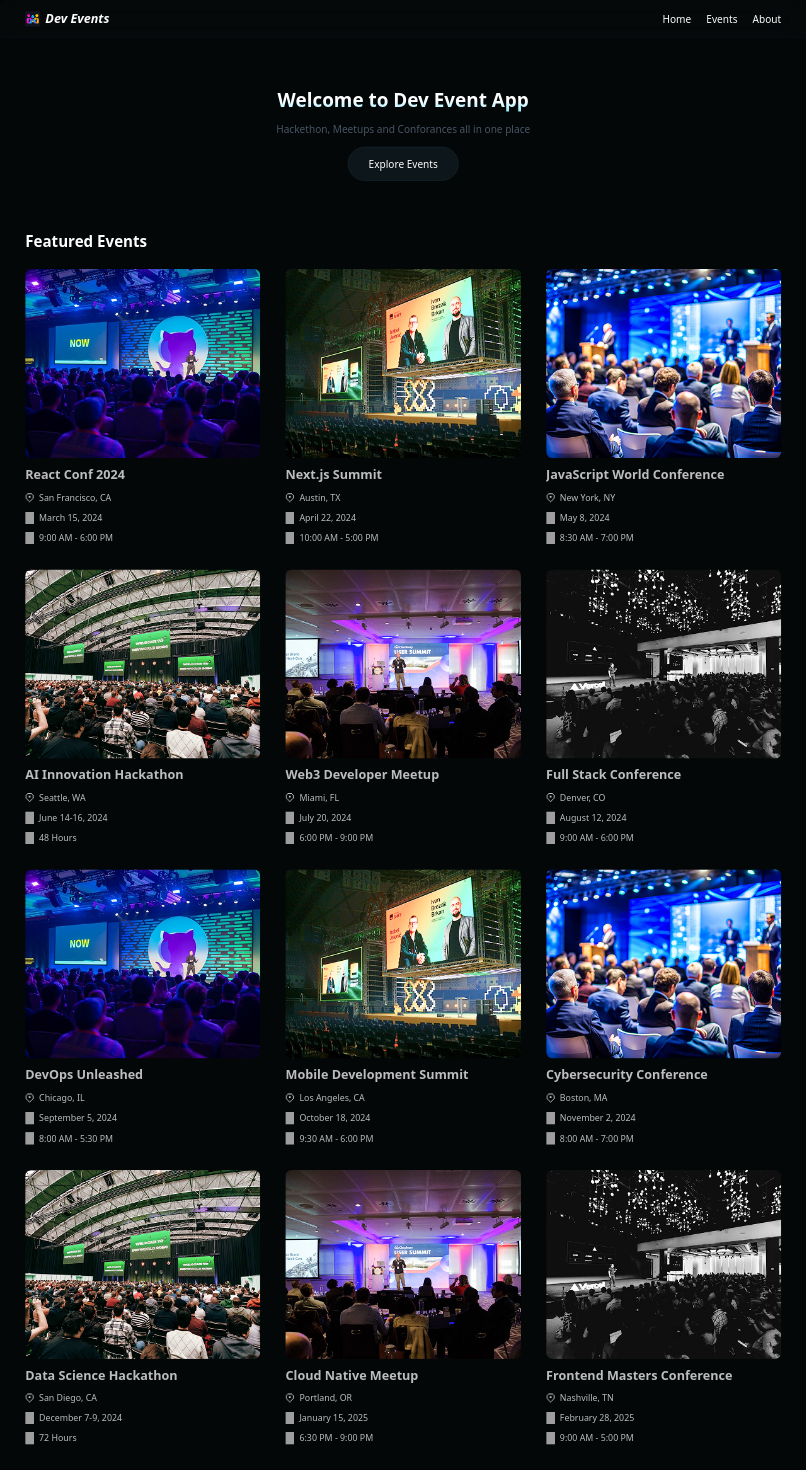
Repository: harshhariyani404/dev-events
Page: /
The author's editor kept a copy of each file at every save. The page is drawn from the files as they stood at one save, then again after the next save.
The browser window is 1280 px wide. The pictures show the whole page, at 63% of full size.
Pictures or frames that could not be fetched are drawn as grey boxes. The project was rebuilt for these pictures with package versions that can differ from the ones it lists, and the page was loaded fresh each time. The framework's server and built-in components were replaced by stand-ins that run in the browser. Also part of the build but not shown: next.config.ts.

Above is the page before, as saved 2026-02-06 16:08:01.

After the next save:
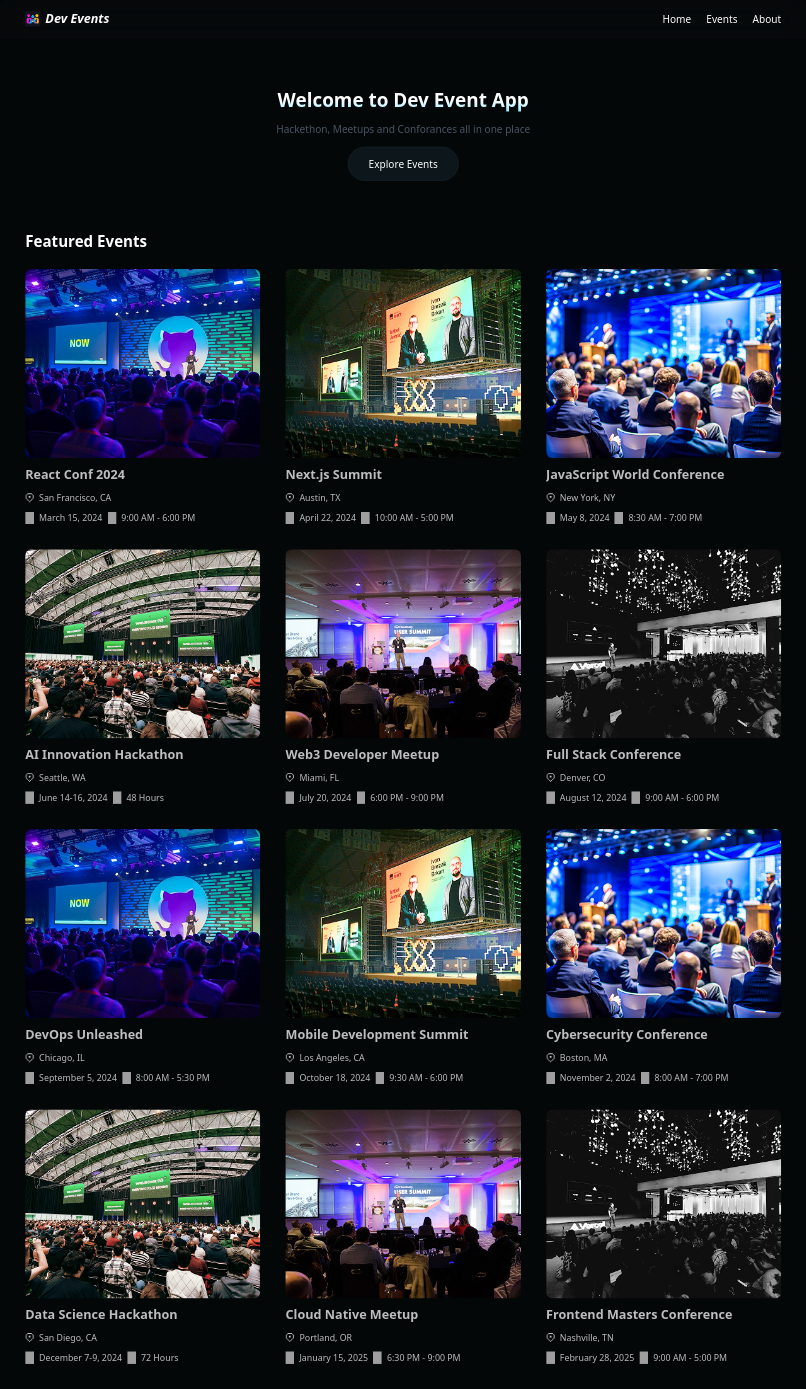
Saved 22 s later.
--- a/app/components/EventCard.tsx
+++ b/app/components/EventCard.tsx
@@ -21,8 +21,6 @@
         <div className="flex flex-row gap-2">
             <Image src="/icons/calendar.svg" alt='date' width={14} height={14}/>
             <p className="date">{date}</p>
-        </div>
-        <div className="flex flex-row gap-2">
             <Image src="/icons/time.svg" alt='time' width={14} height={14}/>
             <p className="time">{time}</p>
         </div>

After the save that followed:
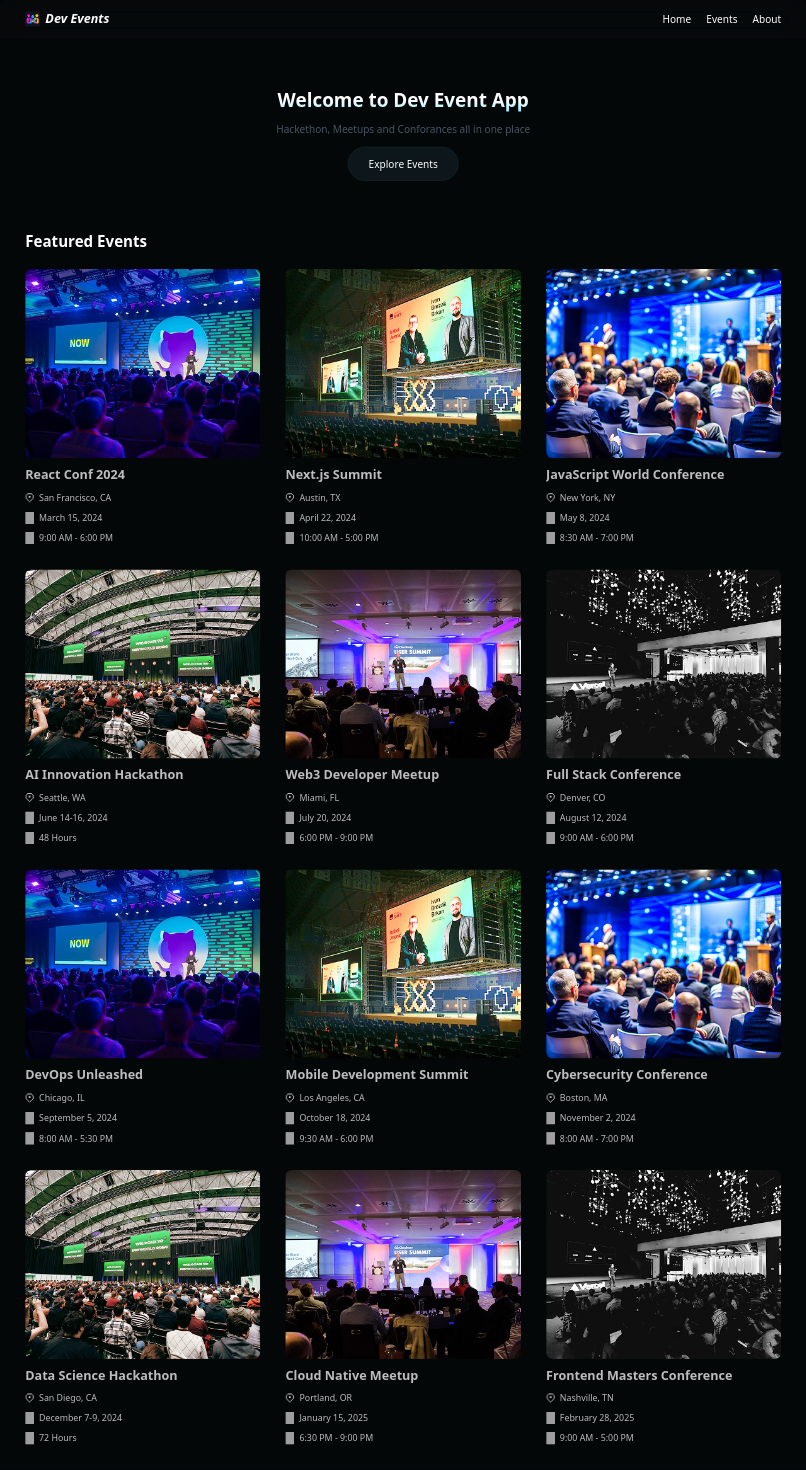
Saved 12 s later.
--- a/app/components/EventCard.tsx
+++ b/app/components/EventCard.tsx
@@ -21,6 +21,8 @@
         <div className="flex flex-row gap-2">
             <Image src="/icons/calendar.svg" alt='date' width={14} height={14}/>
             <p className="date">{date}</p>
+        </div>
+        <div className="flex flex-row gap-2">
             <Image src="/icons/time.svg" alt='time' width={14} height={14}/>
             <p className="time">{time}</p>
         </div>
